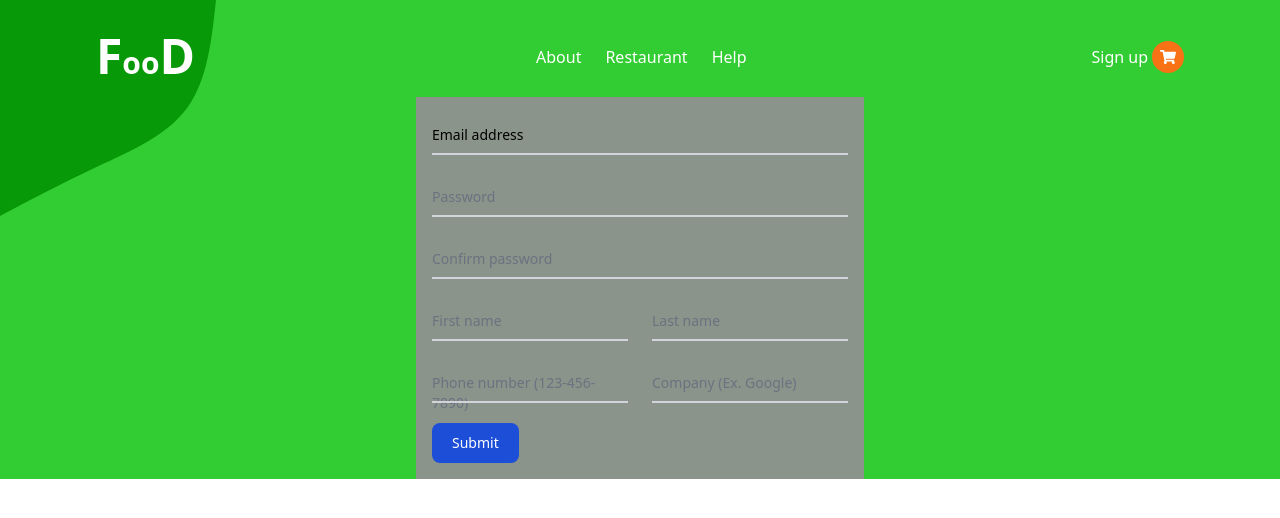
Repository: KhushiCode14/FoodWeb
Page: /signUp (app in frontend/)
These files come from the project's save history. The page is drawn as it stood at one moment and after the next save; the edit follows.
The browser window is 1280 px wide. The pictures show the whole page.
The project was rebuilt for these pictures with package versions that can differ from the ones it lists, and the page was loaded fresh each time. Also part of the build but not shown: frontend/src/Pages/Home.tsx, frontend/src/components/Home/SignIn.tsx, frontend/src/components/Home/Cart.tsx.

Above is the page before, as saved 2024-09-20 20:02:36.

### frontend/src/index.css
@tailwind base;
@tailwind components;
@tailwind utilities;

.bgBack{
  background-image: url(../src/components/images/background.svg);
}
.bgSignUp{
  background-image:url(../src/components/images/signUpBg.jpeg);
}

### frontend/src/App.tsx
import { Route, BrowserRouter as Router, Routes, } from 'react-router-dom';
import './App.css';
import Navbar from './Pages/Navbar';
import Home from './Pages/Home';
import SignUp from './components/Home/SignUp';
import SignIn from './components/Home/SignIn';
import Cart from './components/Home/Cart';

function App() {
  return (
    <div className="App bgBack m-0 px-20 pt-2 max-sm:px-3 max-sm:pt-1">
      <Router>
        <Navbar />
        <Routes>
          <Route path="/" element={<Home />} />
          <Route path="/signUp" element={<SignUp />} />
          {/* Sign Up: This action is for new users who want to create an account. */}
          <Route path="/signIn" element={<SignIn />} />
          {/* Sign In: This action is for users who already have an account */}
          <Route path="/cart" element={<Cart />} />
          {/* <Route  path="/about" element={About} />
        <Route  path="/contact" element={Contact} /> */}
        </Routes>
      </Router>

    </div>
  );
}

export default App;

### frontend/src/Pages/Navbar.tsx
import { NavLink, Link } from "react-router-dom";
import { FaShoppingCart, FaCartPlus } from "react-icons/fa";
import { useState } from "react";
import { IoReorderThreeOutline } from "react-icons/io5";

interface Nav {
  to: string;
  linkName: string;
}

const Navbar: React.FC = () => {
  const [sign, setSign] = useState<string>('Sign up');
  const [menu, setMenu] = useState<boolean>(false);
  const [cart, setCart] = useState<JSX.Element>(<FaShoppingCart />);

  const navLinks: Nav[] = [
    { to: "/about", linkName: "About" },
    { to: "/", linkName: "Restaurant" },
    { to: "/help", linkName: "Help" },
  ];

  const handleSignToggle = () => {
    setSign((prev) => (prev === 'Sign up' ? 'Sign in' : 'Sign up'));
  };

  const handleCartToggle = () => {
    setCart((prevCart) =>
      prevCart.type === FaShoppingCart ? <FaCartPlus /> : <FaShoppingCart />
    );
  };

  return (
    <div className="mt-2 flex justify-between items-center text-white  p-4">
      <div className="font-bold text-3xl">
        <Link to="/">
          <span className="text-5xl">F</span>oo<span className="text-5xl">D</span>
        </Link>
      </div>

      {/* Desktop Menu */}
      <div className="hidden md:flex">
        {navLinks.map((link, index) => (
          <Link key={index} to={link.to} className="mx-3 hover:text-gray-400">
            {link.linkName}
          </Link>
        ))}
      </div>

      {/* Mobile Menu Button */}
      <div className="flex items-center relative">
        <button className="hidden md:block">
          <NavLink to="/signUp" onClick={handleSignToggle} className="m-1">
            {sign}
          </NavLink>
        </button>

        <div onClick={handleCartToggle} className="bg-orange-500 p-2 rounded-full cursor-pointer">
         <Link to="/cart"> {cart}</Link>
        </div>

        <div className="md:hidden flex items-center ml-3">
          <IoReorderThreeOutline onClick={() => setMenu(!menu)} className="text-2xl cursor-pointer" />
        </div>
      </div>

      {/* Mobile Dropdown Menu */}
      {menu && (
        <div className="md:hidden mt-2 absolute right-0 w-40 bg-orange-500  p-2 rounded-lg z-10 top-20">
          <ul className="flex flex-col">
            {navLinks.map((link, index) => (
              <li key={index} className="my-1">
                <Link to={link.to} className="block px-4 py-2 text-white text-1xl  hover:bg-orange-800 rounded">
                  {link.linkName}
                </Link>
              </li>
            ))}
          </ul>
        </div>
      )}
    </div>
  );
};

export default Navbar;

### frontend/src/components/Home/SignUp.tsx
import React, { useState } from 'react';

const FormComponent: React.FC = () => {
  const [formData, setFormData] = useState({
    email: '',
    password: '',
    repeatPassword: '',
    firstName: '',
    lastName: '',
    phone: '',
    company: ''
  });

  const handleChange = (e: React.ChangeEvent<HTMLInputElement>) => {
    setFormData({ ...formData, [e.target.name]: e.target.value });
  };

  const handleSubmit = (e: React.FormEvent) => {
    e.preventDefault();
    console.log(formData);
    // Add form submission logic here
  };

  return (
    <form className="max-w-md mx-auto bg-[#8a948a] p-4 " onSubmit={handleSubmit} >
      <div className="relative z-0 w-full mb-5 group ">
        <input
          type="email"
          name="email"
          id="floating_email"
          className="block py-2.5 px-0 w-full text-sm text-black bg-transparent border-0 border-b-2 border-gray-300 appearance-none dark:text-white dark:border-gray-600 dark:focus:border-blue-500 focus:outline-none focus:ring-0 focus:border-blue-600 peer"
          placeholder=" "
          value={formData.email}
          onChange={handleChange}
          required
        />
        <label
          htmlFor="floating_email"
          className="peer-focus:font-medium absolute text-sm text-black  dark:text-gray-900 duration-300 transform -translate-y-6 scale-75 top-3 -z-10 origin-[0] peer-focus:start-0 rtl:peer-focus:translate-x-1/4 peer-focus:text-blue-600 peer-focus:dark:text-blue-500 peer-placeholder-shown:scale-100 peer-placeholder-shown:translate-y-0 peer-focus:scale-75 peer-focus:-translate-y-6"
        >
          Email address
        </label>
      </div>

      <div className="relative z-0 w-full mb-5 group">
        <input
          type="password"
          name="password"
          id="floating_password"
          className="block py-2.5 px-0 w-full text-sm text-gray-900 bg-transparent border-0 border-b-2 border-gray-300 appearance-none dark:text-gray-900  dark:border-gray-600 dark:focus:border-blue-500 focus:outline-none focus:ring-0 focus:border-blue-600 peer"
          placeholder=" "
          value={formData.password}
          onChange={handleChange}
          required
        />
        <label
          htmlFor="floating_password"
          className="peer-focus:font-medium absolute text-sm text-gray-500 dark:text-gray-900 duration-300 transform -translate-y-6 scale-75 top-3 -z-10 origin-[0] peer-focus:start-0 rtl:peer-focus:translate-x-1/4 peer-focus:text-blue-600 peer-focus:dark:text-blue-500 peer-placeholder-shown:scale-100 peer-placeholder-shown:translate-y-0 peer-focus:scale-75 peer-focus:-translate-y-6"
        >
          Password
        </label>
      </div>

      <div className="relative z-0 w-full mb-5 group">
        <input
          type="password"
          name="repeatPassword"
          id="floating_repeat_password"
          className="block py-2.5 px-0 w-full text-sm text-gray-900 bg-transparent border-0 border-b-2 border-gray-300 appearance-none dark:text-gray-900  dark:border-gray-600 dark:focus:border-blue-500 focus:outline-none focus:ring-0 focus:border-blue-600 peer"
          placeholder=" "
          value={formData.repeatPassword}
          onChange={handleChange}
          required
        />
        <label
          htmlFor="floating_repeat_password"
          className="peer-focus:font-medium absolute text-sm text-gray-500 dark:text-gray-900  duration-300 transform -translate-y-6 scale-75 top-3 -z-10 origin-[0] peer-focus:start-0 rtl:peer-focus:translate-x-1/4 peer-focus:text-blue-600 peer-focus:dark:text-blue-500 peer-placeholder-shown:scale-100 peer-placeholder-shown:translate-y-0 peer-focus:scale-75 peer-focus:-translate-y-6"
        >
          Confirm password
        </label>
      </div>

      <div className="grid md:grid-cols-2 md:gap-6">
        <div className="relative z-0 w-full mb-5 group">
          <input
            type="text"
            name="firstName"
            id="floating_first_name"
            className="block py-2.5 px-0 w-full text-sm text-gray-900 bg-transparent border-0 border-b-2 border-gray-300 appearance-none dark:text-gray-900  dark:border-gray-600 dark:focus:border-blue-500 focus:outline-none focus:ring-0 focus:border-blue-600 peer"
            placeholder=" "
            value={formData.firstName}
            onChange={handleChange}
            required
          />
          <label
            htmlFor="floating_first_name"
            className="peer-focus:font-medium absolute text-sm text-gray-500 dark:text-gray-900 duration-300 transform -translate-y-6 scale-75 top-3 -z-10 origin-[0] peer-focus:start-0 rtl:peer-focus:translate-x-1/4 peer-focus:text-blue-600 peer-focus:dark:text-blue-500 peer-placeholder-shown:scale-100 peer-placeholder-shown:translate-y-0 peer-focus:scale-75 peer-focus:-translate-y-6"
          >
            First name
          </label>
        </div>

        <div className="relative z-0 w-full mb-5 group">
          <input
            type="text"
            name="lastName"
            id="floating_last_name"
            className="block py-2.5 px-0 w-full text-sm text-gray-900 bg-transparent border-0 border-b-2 border-gray-300 appearance-none dark:text-gray-900  dark:border-gray-600 dark:focus:border-blue-500 focus:outline-none focus:ring-0 focus:border-blue-600 peer"
            placeholder=" "
            value={formData.lastName}
            onChange={handleChange}
            required
          />
          <label
            htmlFor="floating_last_name"
            className="peer-focus:font-medium absolute text-sm text-gray-500 dark:text-gray-900 duration-300 transform -translate-y-6 scale-75 top-3 -z-10 origin-[0] peer-focus:start-0 rtl:peer-focus:translate-x-1/4 peer-focus:text-blue-600 peer-focus:dark:text-blue-500 peer-placeholder-shown:scale-100 peer-placeholder-shown:translate-y-0 peer-focus:scale-75 peer-focus:-translate-y-6"
          >
            Last name
          </label>
        </div>
      </div>

      <div className="grid md:grid-cols-2 md:gap-6">
        <div className="relative z-0 w-full mb-5 group">
          <input
            type="tel"
            pattern="[0-9]{3}-[0-9]{3}-[0-9]{4}"
            name="phone"
            id="floating_phone"
            className="block py-2.5 px-0 w-full text-sm text-gray-900 bg-transparent border-0 border-b-2 border-gray-300 appearance-none dark:text-white dark:border-gray-600 dark:focus:border-blue-500 focus:outline-none focus:ring-0 focus:border-blue-600 peer"
            placeholder=" "
            value={formData.phone}
            onChange={handleChange}
            required
          />
          <label
            htmlFor="floating_phone"
            className="peer-focus:font-medium absolute text-sm text-gray-500 dark:text-gray-900  duration-300 transform -translate-y-6 scale-75 top-3 -z-10 origin-[0] peer-focus:start-0 rtl:peer-focus:translate-x-1/4 peer-focus:text-blue-600 peer-focus:dark:text-blue-500 peer-placeholder-shown:scale-100 peer-placeholder-shown:translate-y-0 peer-focus:scale-75 peer-focus:-translate-y-6"
          >
            Phone number (123-456-7890)
          </label>
        </div>

        <div className="relative z-0 w-full mb-5 group">
          <input
            type="text"
            name="company"
            id="floating_company"
            className="block py-2.5 px-0 w-full text-sm text-gray-900 bg-transparent border-0 border-b-2 border-gray-300 appearance-none dark:text-gray-900  dark:border-gray-600 dark:focus:border-blue-500 focus:outline-none focus:ring-0 focus:border-blue-600 peer"
            placeholder=" "
            value={formData.company}
            onChange={handleChange}
            required
          />
          <label
            htmlFor="floating_company"
            className="peer-focus:font-medium absolute text-sm text-gray-500 dark:text-gray-900 duration-300 transform -translate-y-6 scale-75 top-3 -z-10 origin-[0] peer-focus:start-0 rtl:peer-focus:translate-x-1/4 peer-focus:text-blue-600 peer-focus:dark:text-blue-500 peer-placeholder-shown:scale-100 peer-placeholder-shown:translate-y-0 peer-focus:scale-75 peer-focus:-translate-y-6"
          >
            Company (Ex. Google)
          </label>
        </div>
      </div>

      <button
        type="submit"
        className="text-white bg-blue-700 hover:bg-blue-800 focus:ring-4 focus:outline-none focus:ring-blue-300 font-medium rounded-lg text-sm w-full sm:w-auto px-5 py-2.5 text-center dark:bg-blue-600 dark:hover:bg-blue-700 dark:focus:ring-blue-800"
      >
        Submit
      </button>
    </form>
  );
};

export default FormComponent;

### frontend/tailwind.config.js
/** @type {import('tailwindcss').Config} */
module.exports = {
  content: [
    "./src/**/*.{js,jsx,ts,tsx}",
  ],
  theme: {
    extend: {
      fontFamily: {
        'cursive': ['Pacifico', 'cursive']
      }
    },
  },
  plugins: [],
}

Loaded but not shown: frontend/public/index.html (common file); frontend/src/index.tsx (common file); frontend/src/reportWebVitals.ts (common file); frontend/src/App.css (no stored copy; drawn as an empty file)

After the next save:
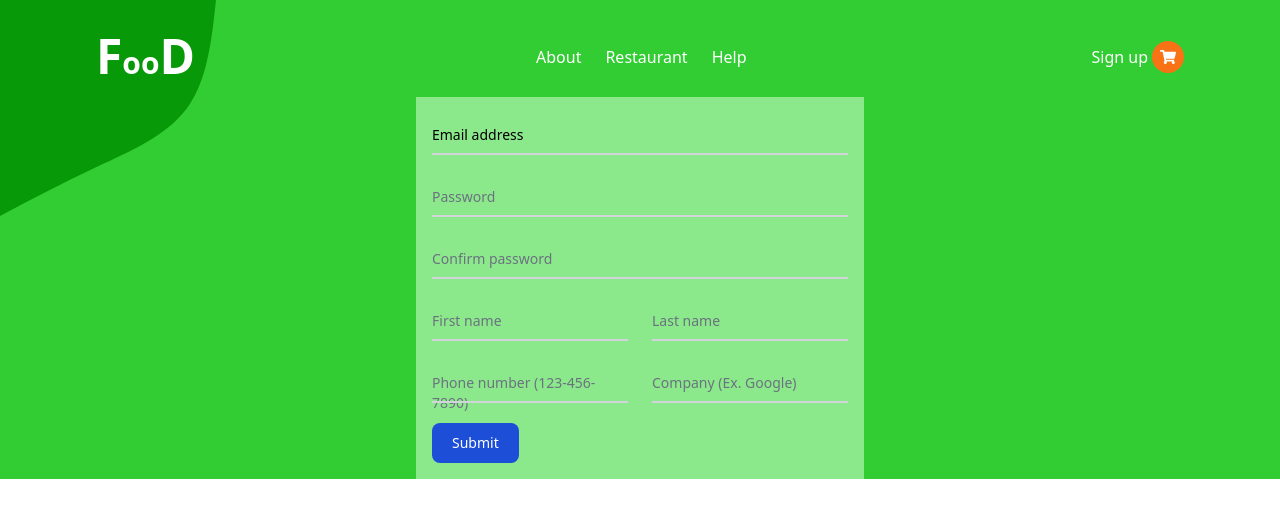
Saved 10 s later.
--- a/frontend/src/components/Home/SignUp.tsx
+++ b/frontend/src/components/Home/SignUp.tsx
@@ -22,7 +22,7 @@ const FormComponent: React.FC = () => {
   };
 
   return (
-    <form className="max-w-md mx-auto bg-[#8a948a] p-4 " onSubmit={handleSubmit} >
+    <form className="max-w-md mx-auto bg-[#8be98b] p-4 " onSubmit={handleSubmit} >
       <div className="relative z-0 w-full mb-5 group ">
         <input
           type="email"
